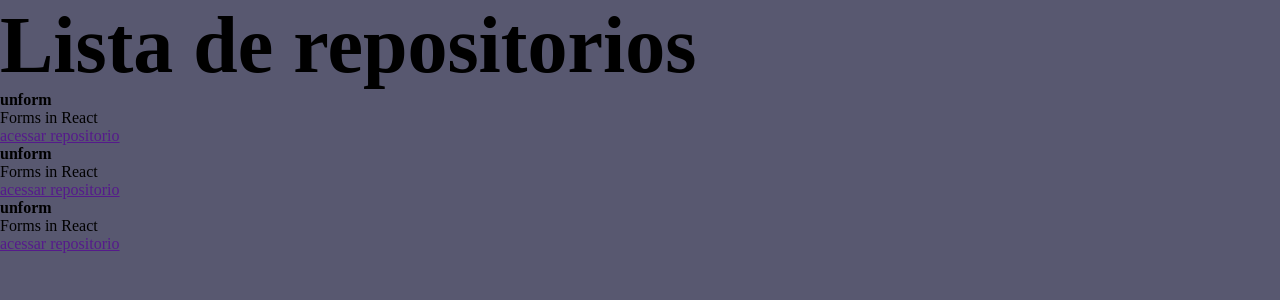
Repository: niltonmalves/01-githug-explorer
Page: /
An editor plug-in stored every save of this project. The page is shown before and after the next save, followed by the edit.
The browser window is 1280 px wide. The pictures show the whole page.
The project was rebuilt for these pictures with package versions that can differ from the ones it lists, and the page was loaded fresh each time. Also part of the build but not shown: webpack.config.js.

Above is the page before, as saved 2022-01-06 14:35:03.

### public/index.html
<!DOCTYPE html>
<html lang="en">
<head>
    <meta charset="UTF-8">
    <meta http-equiv="X-UA-Compatible" content="IE=edge">
    <meta name="viewport" content="width=device-width, initial-scale=1.0">
    <title>Github Explore</title>
</head>
<body>
    <div id="root"></div>

</body>
</html>

### src/index.jsx
import {render} from 'react-dom';
import { App } from './App';

render(<App/>, document.getElementById('root'))

### src/App.jsx
import { RepositoryList } from './components/RepositoryList';
import './styles/global.scss';

export function App(){
    return <RepositoryList></RepositoryList>
}

### src/components/RepositoryList.jsx
export function RepositoryList() {
    return (
        <section className="repository-list">
      <h1>Lista de repositorios</h1>
      <ul>
          <li>
              <strong>unform</strong>
              <p>Forms in React</p>
              <a href="">
                  acessar repositorio
              </a>
          </li>

          <li>
              <strong>unform</strong>
              <p>Forms in React</p>
              <a href="">
                  acessar repositorio
              </a>
          </li>
          <li>
              <strong>unform</strong>
              <p>Forms in React</p>
              <a href="">
                  acessar repositorio
              </a>
          </li>
      </ul>
        </section>
    );
}

### src/styles/global.scss
* {
    margin: 0;
    padding: 0;
    box-sizing: border-box;
}

body {
    font: Arial, Helvetica, sans-serif;
    background-color: rgb(88, 88, 112);
    h1 {
        font-size: 80px;
    }
}

After the next save:
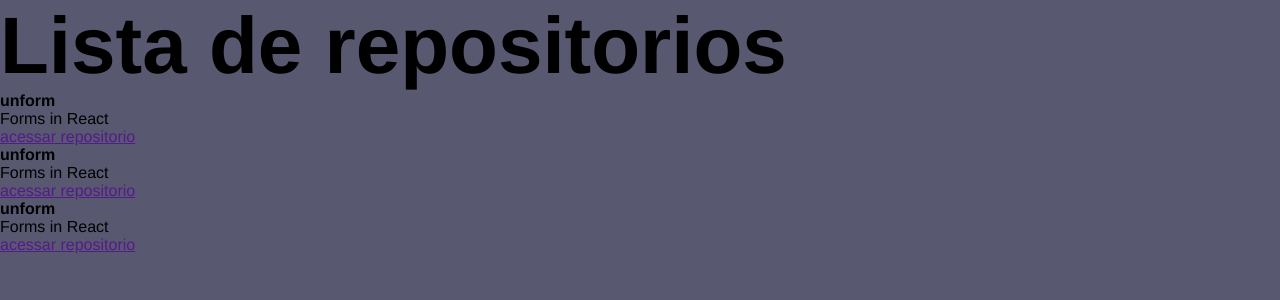
Saved 53 s later.
--- a/src/styles/global.scss
+++ b/src/styles/global.scss
@@ -5,7 +5,7 @@
 }
 
 body {
-    font: Arial, Helvetica, sans-serif;
+    font: 16px "Helvetica Neue", Arial, sans-serif;
     background-color: rgb(88, 88, 112);
     h1 {
         font-size: 80px;
